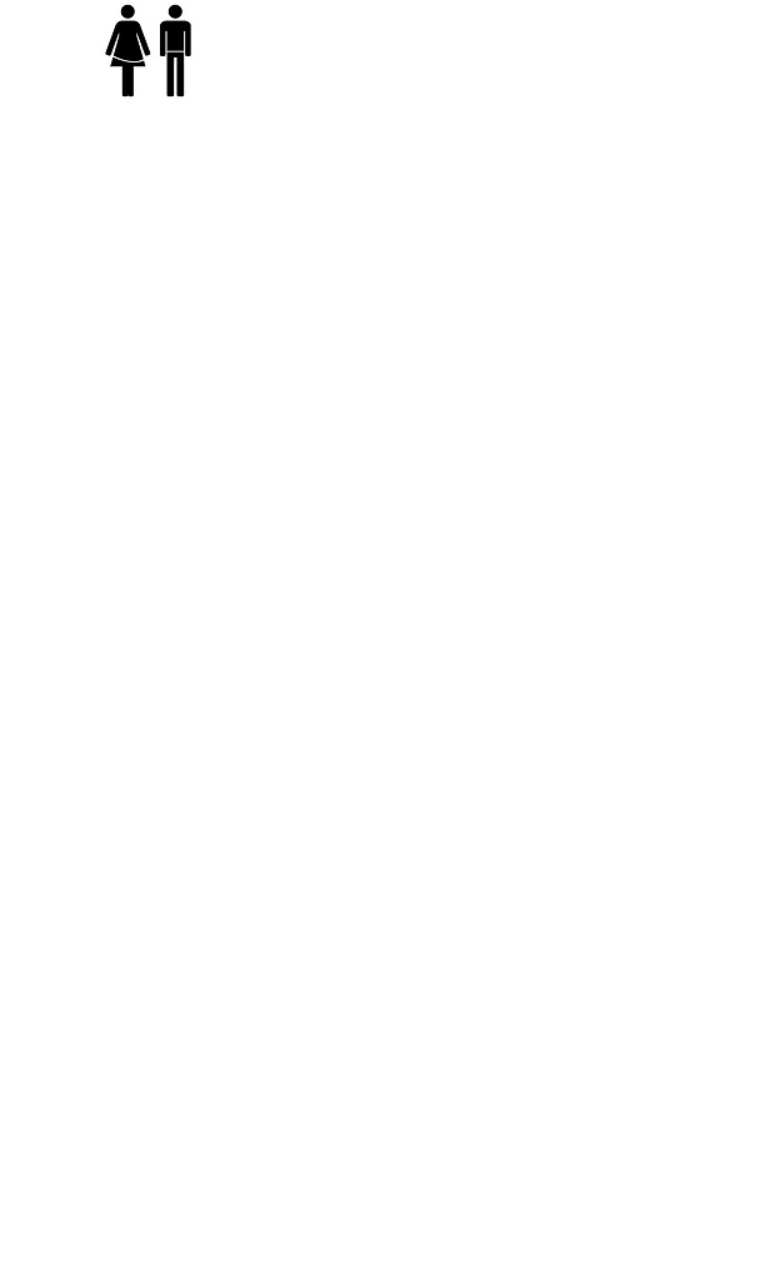
Repository: vinnare89/ASA
Layout: ASA/res/layout/list_item_layout.xml
These files come from the project's save history. The layout is drawn as it stood at one moment and after the next save; the edit follows.
It is drawn on a 768 x 1280 px phone screen (xhdpi) without system bars, with theme AppTheme; the app's code is not run.

Above is the layout before, as saved 2013-12-28 19:10:23.

### ASA/res/layout/list_item_layout.xml
<?xml version="1.0" encoding="utf-8"?>
<TableLayout xmlns:android="http://schemas.android.com/apk/res/android"
    android:layout_width="match_parent"
    android:layout_height="match_parent" >
    <TableRow>

        <ImageView
            android:id="@+id/img"
            android:layout_width="50dp"
            android:layout_height="50dp" />

        <TextView
            android:id="@+id/txt"
            android:layout_width="wrap_content"
            android:layout_height="50dp" />

        <ImageView
            android:id="@+id/toilette"
            android:layout_width="50dp"
            android:layout_height="50dp"
            android:src="@drawable/toilette" />
    </TableRow>

</TableLayout>

Loaded but not shown: ASA/res/values/styles.xml (common file); ASA/res/values-v11/styles.xml (common file); ASA/res/values-v14/styles.xml (common file)

After the next save:
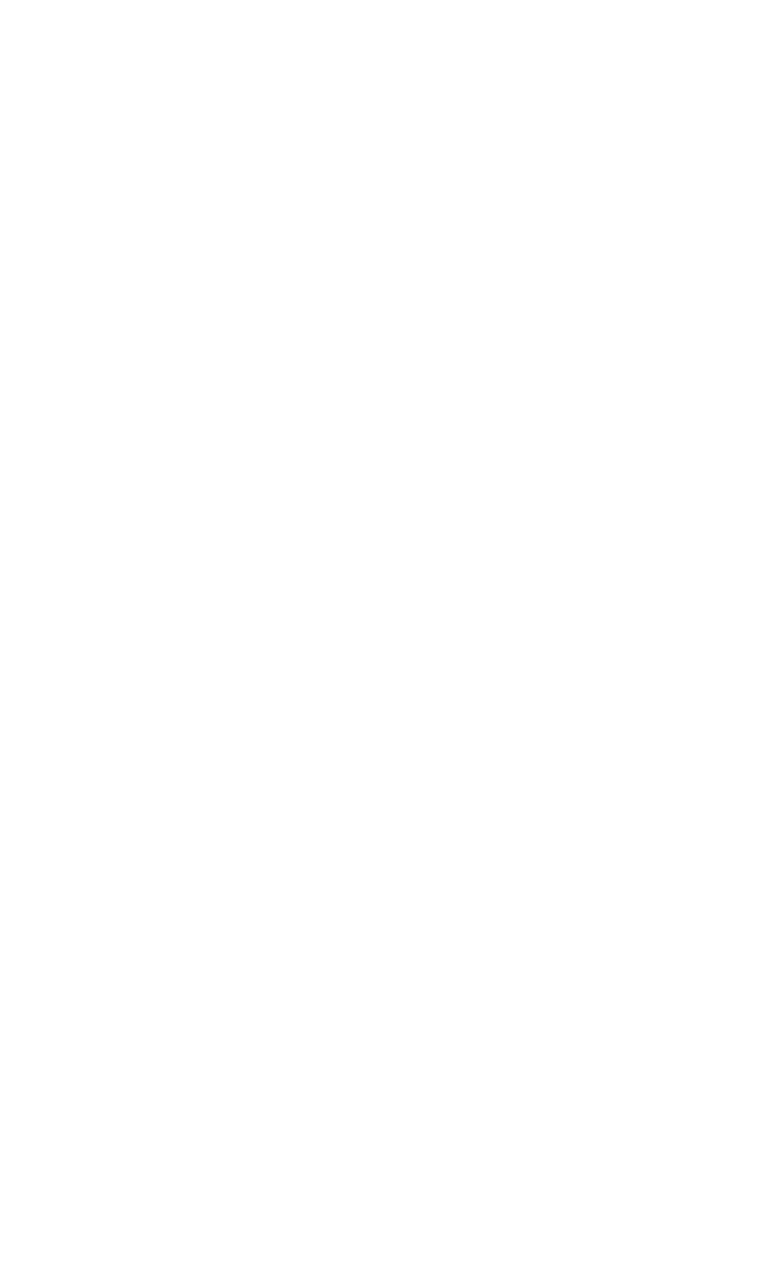
Saved 3 min 9 s later.
--- a/ASA/res/layout/list_item_layout.xml
+++ b/ASA/res/layout/list_item_layout.xml
@@ -14,11 +14,6 @@
             android:layout_width="wrap_content"
             android:layout_height="50dp" />
 
-        <ImageView
-            android:id="@+id/toilette"
-            android:layout_width="50dp"
-            android:layout_height="50dp"
-            android:src="@drawable/toilette" />
     </TableRow>
 
 </TableLayout>

After the save that followed:
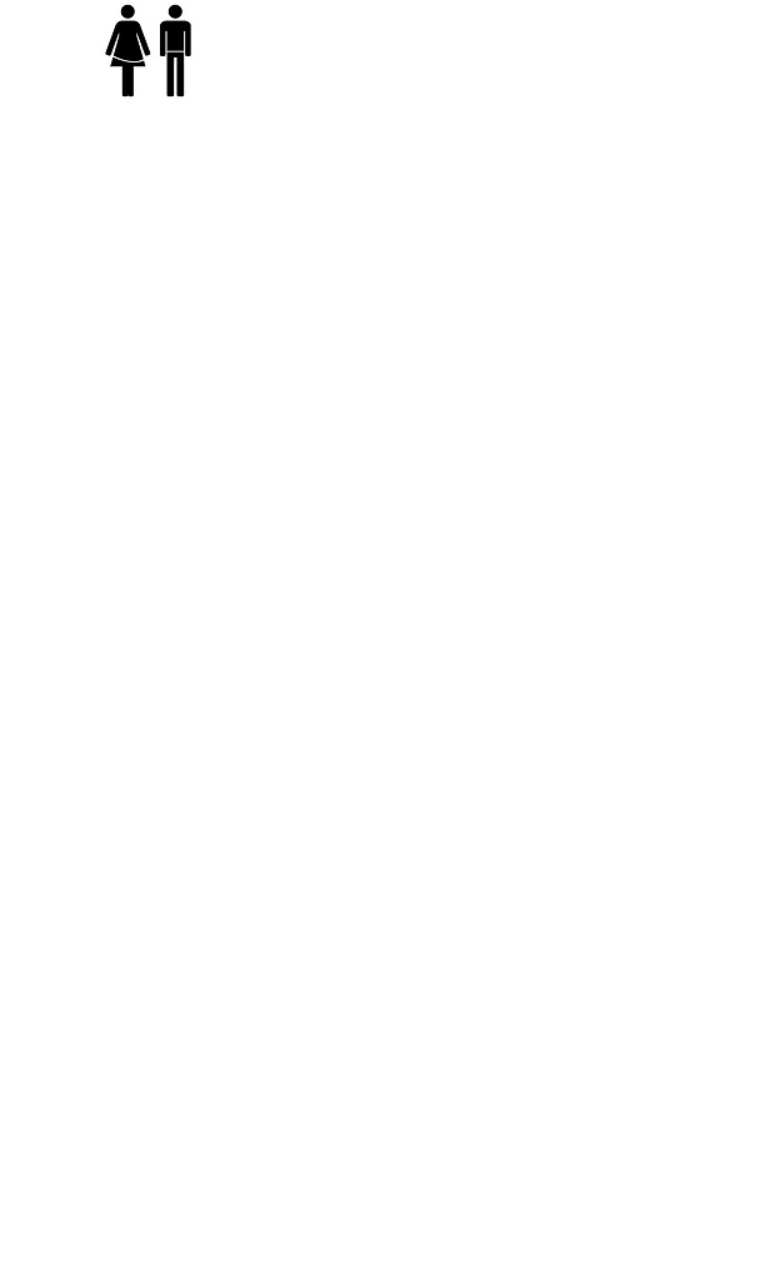
Saved 28 s later.
--- a/ASA/res/layout/list_item_layout.xml
+++ b/ASA/res/layout/list_item_layout.xml
@@ -13,6 +13,11 @@
             android:id="@+id/txt"
             android:layout_width="wrap_content"
             android:layout_height="50dp" />
+        <ImageView
+            android:id="@+id/toilette"
+            android:layout_width="50dp"
+            android:layout_height="50dp"
+            android:src="@drawable/toilette" />
 
     </TableRow>
 
